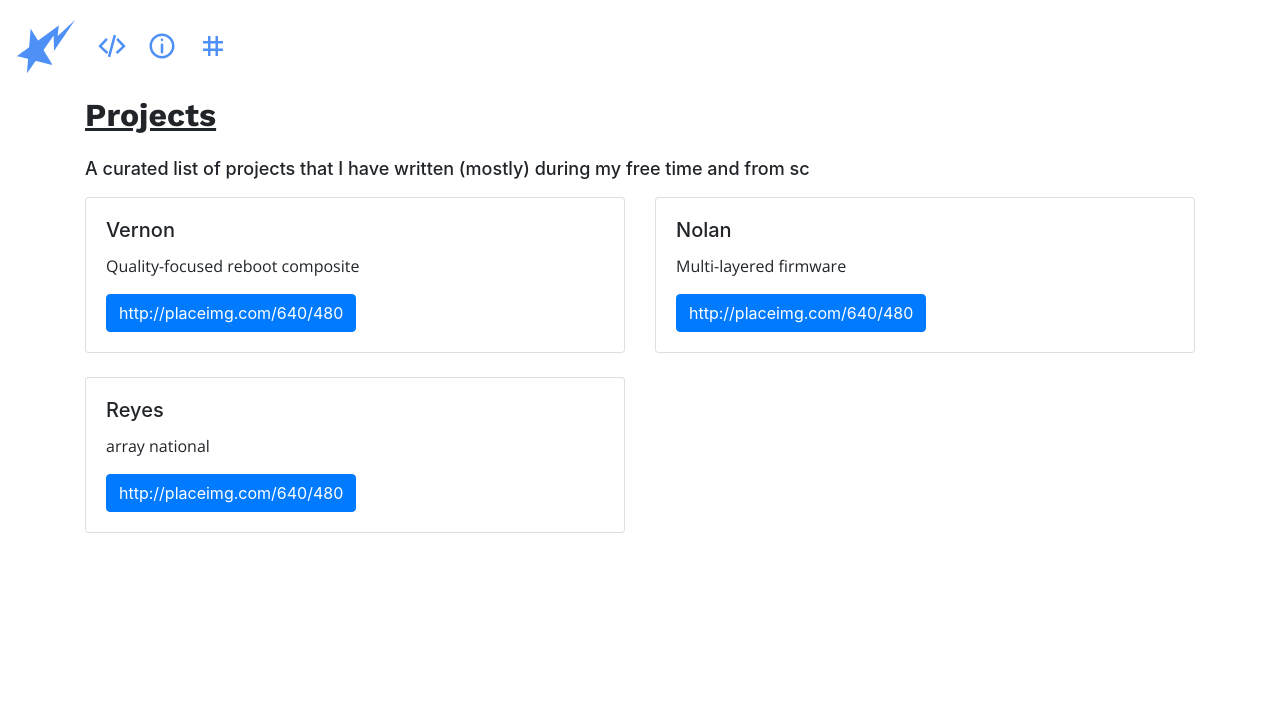
Repository: xxiz/ashwin.lol_flask
Page: http://localhost/projects
The author's editor kept a copy of each file at every save. The page is drawn from the files as they stood at one save, then again after the next save.
The browser window is 1280 px wide. The pictures show the whole page.
Pictures or frames that could not be fetched are drawn as grey boxes. The page is served by the project's application, run on Flask 3 (app.py).

Above is the page before, as saved 2021-09-03 07:04:52.

### templates/projects.html
{% extends 'base.html'%}
{% block content %}
<h1>Projects</h1>
<h3 class="description">A curated list of projects that I have written (mostly) during my free time and from sc</h3>
<div class="row">
    {% for item in items %}
    <div class="col-sm-6">
      <div class="card">
        <div class="card-body">
          <h5 class="card-title">{{ item.title }}</h5>
          <p class="card-text">{{ item.description }}</p>
          <a href="#" class="btn btn-primary">{{ item.image_url }}</a>
        </div>
      </div>
    </div>
    {% endfor %}
  </div>
  {% endblock %}

### templates/base.html
<!DOCTYPE html>
<html lang="en">
<head>
    <meta charset="UTF-8">
    <meta http-equiv="X-UA-Compatible" content="IE=edge">
    <meta name="viewport" content="width=device-width, initial-scale=1.0">
    <meta name="viewport" content="width=device-width, initial-scale=1">
    <link rel="stylesheet" href="https://stackpath.bootstrapcdn.com/bootstrap/4.1.3/css/bootstrap.min.css" integrity="sha384-MCw98/SFnGE8fJT3GXwEOngsV7Zt27NXFoaoApmYm81iuXoPkFOJwJ8ERdknLPMO" crossorigin="anonymous">
    <link href='https://css.gg/home-alt.css' rel='stylesheet'>
    <link rel="stylesheet" href="static/app.css">
    <title>{{ title }}</title>
</head>
<body>
  <header>
    <nav>
      <!-- SVG's provided by https://css.gg/ and https://www.pinterest.ca/pin/502432902151236766/
           these images are not mine and I simply modified them.
      -->
      <a class="logo" href="/">
        <svg id="svg" xmlns="http://www.w3.org/2000/svg" xmlns:xlink="http://www.w3.org/1999/xlink" viewBox="0, 0, 400,400"><g id="svgg"><path id="path0" d="M375.404 43.010 C 366.024 51.806,347.525 69.114,334.297 81.472 C 321.068 93.829,303.241 110.484,294.681 118.483 C 286.121 126.482,278.911 132.820,278.658 132.567 C 278.241 132.149,284.716 69.460,285.588 65.478 C 285.791 64.550,285.639 63.790,285.251 63.790 C 284.648 63.790,260.992 80.890,237.523 98.291 C 227.623 105.631,148.371 163.243,147.334 163.854 C 146.751 164.197,138.491 151.049,123.021 125.151 C 98.113 83.455,97.570 82.612,97.546 85.580 C 97.537 86.597,97.035 93.171,96.430 100.188 C 95.824 107.205,94.649 121.220,93.817 131.332 C 92.986 141.445,91.633 157.655,90.811 167.355 C 89.989 177.054,88.915 190.160,88.425 196.477 C 87.935 202.795,87.173 208.400,86.731 208.934 C 85.375 210.573,15.246 261.837,10.457 264.690 C 7.982 266.164,6.052 267.463,6.168 267.576 C 6.284 267.690,11.276 268.981,17.261 270.446 C 58.961 280.654,79.884 285.969,80.349 286.471 C 80.645 286.792,79.104 308.161,76.923 333.959 C 74.743 359.756,73.037 380.949,73.132 381.055 C 73.227 381.161,86.102 363.134,101.743 340.997 C 117.384 318.859,130.527 300.273,130.950 299.695 C 131.591 298.819,138.848 300.405,174.490 309.212 C 232.789 323.618,241.800 325.782,242.458 325.539 C 242.770 325.423,229.838 303.377,213.719 276.548 C 197.601 249.719,184.258 227.206,184.069 226.520 C 183.768 225.431,245.875 136.802,249.908 132.565 C 251.796 130.581,252.035 135.511,252.617 188.555 C 252.883 212.805,253.310 232.629,253.567 232.609 C 253.824 232.589,259.323 224.737,265.789 215.160 C 272.254 205.584,296.196 170.394,318.994 136.961 C 341.791 103.527,364.809 69.756,370.144 61.914 C 375.479 54.071,383.015 43.011,386.889 37.336 C 390.764 31.660,393.603 27.017,393.197 27.017 C 392.792 27.017,384.785 34.214,375.404 43.010 " stroke="none" fill="#4f90f7" fill-rule="evenodd"></path></g></svg></a>
      <a href="/projects"><?xml version="1.0" encoding="UTF-8"?><svg viewBox="0 0 24 24" xmlns="http://www.w3.org/2000/svg"><path d="m13.325 3.0501-4.6576 17.382 1.9319 0.5176 4.6575-17.382-1.9318-0.51764z" fill="currentColor"/><path d="m7.612 18.361 1.3594-1.4484-5e-4 -0.0191-5.0943-4.7812 4.7904-5.1041-1.4583-1.3687-6.1591 6.5624 6.5624 6.1591z" fill="currentColor"/><path d="m16.388 18.361-1.3594-1.4484 5e-4 -0.0191 5.0943-4.7812-4.7904-5.1041 1.4583-1.3687 6.1591 6.5624-6.5624 6.1591z" fill="currentColor"/></svg></a>
      <a href=""><?xml version="1.0" encoding="UTF-8"?><svg viewBox="0 0 24 24" xmlns="http://www.w3.org/2000/svg"><path d="m11 10.979c0-0.5523 0.4477-1 1-1s1 0.44773 1 1v6c0 0.5523-0.4477 1-1 1s-1-0.4477-1-1v-6z" fill="currentColor"/><path d="m12 6.0512c-0.5523 0-1 0.44771-1 1 0 0.55228 0.4477 1 1 1s1-0.44772 1-1c0-0.55229-0.4477-1-1-1z" fill="currentColor"/><path d="m12 2c-5.5228 0-10 4.4772-10 10 0 5.5228 4.4772 10 10 10 5.5228 0 10-4.4772 10-10 0-5.5228-4.4772-10-10-10zm-8 10c0 4.4183 3.5817 8 8 8 4.4183 0 8-3.5817 8-8 0-4.4183-3.5817-8-8-8-4.4183 0-8 3.5817-8 8z" clip-rule="evenodd" fill="currentColor" fill-rule="evenodd"/></svg></a>
      <a href=""><?xml version="1.0" encoding="UTF-8"?><svg fill="none" viewBox="0 0 24 24" xmlns="http://www.w3.org/2000/svg"><path d="m8 4v4h-4v2h4v4h-4v2h4v4h2v-4h4v4h2v-4h4v-2h-4v-4h4v-2h-4v-4h-2v4h-4v-4h-2zm6 10v-4h-4v4h4z" clip-rule="evenodd" fill="currentColor" fill-rule="evenodd"/></svg></a>
    </nav>
  </header>
  <main>
    <div class="container">
      {% block content %} {% endblock %}
  </div>
  </main>
    <script src="https://code.jquery.com/jquery-3.3.1.slim.min.js" integrity="sha384-q8i/X+965DzO0rT7abK41JStQIAqVgRVzpbzo5smXKp4YfRvH+8abtTE1Pi6jizo" crossorigin="anonymous"></script>
    <script src="https://cdnjs.cloudflare.com/ajax/libs/popper.js/1.14.3/umd/popper.min.js" integrity="sha384-ZMP7rVo3mIykV+2+9J3UJ46jBk0WLaUAdn689aCwoqbBJiSnjAK/l8WvCWPIPm49" crossorigin="anonymous"></script>
    <script src="https://stackpath.bootstrapcdn.com/bootstrap/4.1.3/js/bootstrap.min.js" integrity="sha384-ChfqqxuZUCnJSK3+MXmPNIyE6ZbWh2IMqE241rYiqJxyMiZ6OW/JmZQ5stwEULTy" crossorigin="anonymous"></script>
</body>
</html>

### app.py
from flask import Flask, request
from web.content import index_page, projects_page
web = Flask(__name__)
web.config['SQLALCHEMY_TRACK_MODIFICATIONS'] = False

@web.route('/')
def index():
    return index_page()

@web.route('/projects')
def projects():
    return projects_page()

### web/content.py
from flask import render_template
import json

# Page Content
prefix = "Ashwin Charathsandran — "

# Meta Tags
preview_message = ""
preview_title = ""
preview_image = ""

with open('web/projects.json', 'r') as file:
    projects = json.load(file)

def index_page():
    return render_template('index.html',
    title = prefix + "Welcome!",
    sample_projects = projects[0:2],
    preview_title = preview_title,
    preview_image = preview_image,
    preview_message = preview_message)

def projects_page():
    return render_template('projects.html',
    title = prefix + "Projects",
    items = projects,
    preview_title = preview_title,
    preview_image = preview_image,
    preview_message = preview_message)

### web/projects.json
[
        {
            "title": "Vernon",
            "description": "Quality-focused reboot composite",
            "image_url": "http://placeimg.com/640/480"
        },
        {
            "title": "Nolan",
            "description": "Multi-layered firmware",
            "image_url": "http://placeimg.com/640/480"
        },
        {
            "title": "Reyes",
            "description": "array national",
            "image_url": "http://placeimg.com/640/480"
        }
]

### static/app.css
@import url('https://fonts.googleapis.com/css2?family=Work+Sans:wght@400;700&display=swap');
@import url('https://fonts.googleapis.com/css2?family=Open+Sans&display=swap');

:root {
    --blue: #4f90f7;
    --red: #d93434;
}

h1 {
    font-family: 'Work Sans', sans-serif;
    font-weight: 700;
    padding-bottom: 0.5em; padding-top: 0.5em;
    text-decoration: underline;
    font-size: 32px;
}

p {
    font-family: 'Open Sans', sans-serif;
    font-weight: 400;
}

.confined {
    max-width: 600px;
    display: inline-block;
}

.me {
    display: inline-flexbox;
    max-width: 220px;
    border-radius: 5px;
    margin: 1em;
}

@media only screen and (max-width: 500px) {
    .me {
        max-width: 90%;
    }
}

a {
    text-decoration: none;
    color: var(--blue);
}

a:hover {
    animation: hover-effect 1s infinite linear;
}

.card {
    margin-bottom: 1.5em;
}

.description {
    padding-bottom: 0.5em;
    font-size: 18px;
}
nav {
    padding: 1em;
    overflow: hidden;
    position: fixed;
    top: 0;
    width: 100%;
}

nav a svg {
    width: 30px;
}

.navbar-logo {
    margin-right: 50px;
    width: 60px;
}

.nav-item {
    font-weight: 700;
}
main {
    padding-top: 80px;
}

.logo svg {
    width: 60px;
}

nav a  {
    padding-right: 1em;
}
@keyframes hover-effect {
    0% {
        color: var(--blue);
    }
    50% {
        color: var(--red);

    }
    100% {
        color: var(--blue);
    }
}

After the next save:
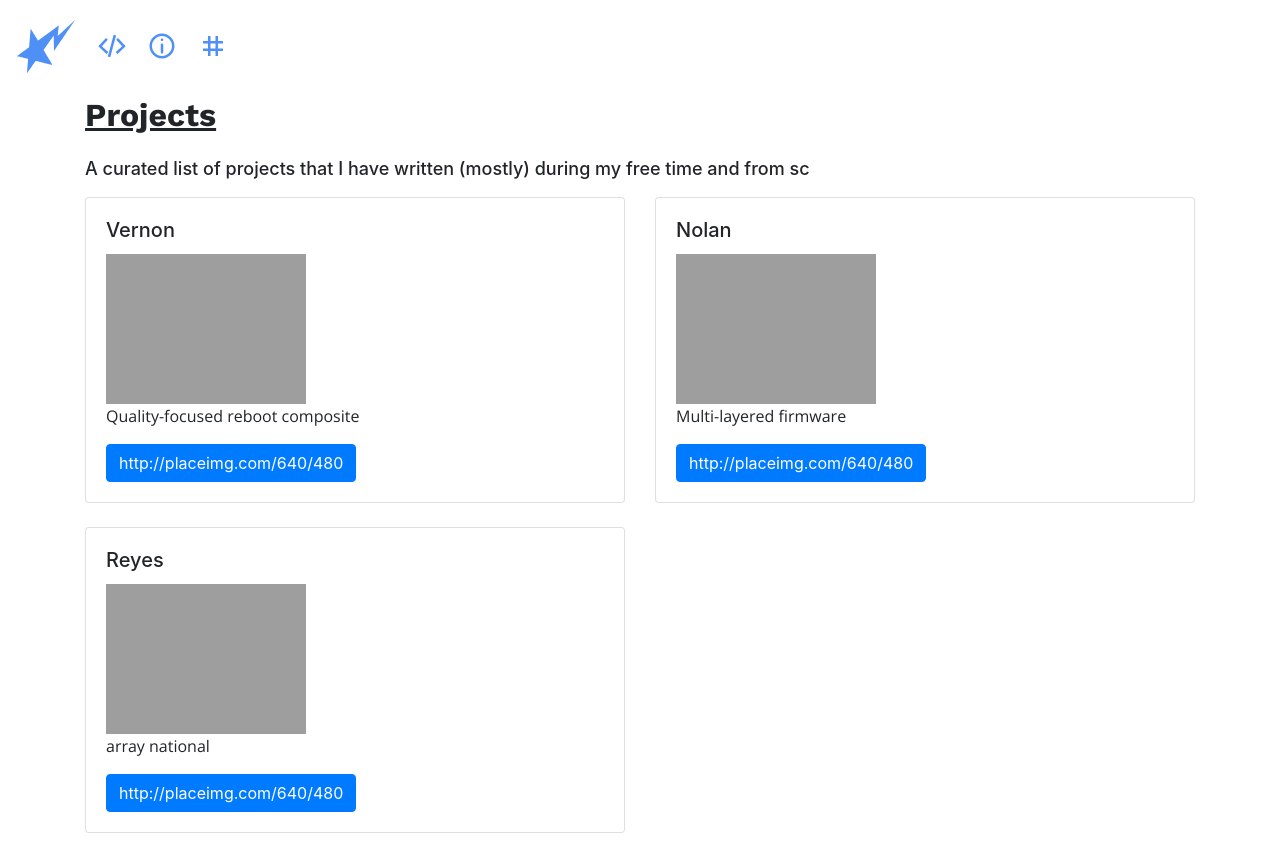
Saved 95 s later.
--- a/templates/projects.html
+++ b/templates/projects.html
@@ -8,6 +8,7 @@
       <div class="card">
         <div class="card-body">
           <h5 class="card-title">{{ item.title }}</h5>
+          <img width="200" src="{{ item.image_url }}" alt="Image of Project">
           <p class="card-text">{{ item.description }}</p>
           <a href="#" class="btn btn-primary">{{ item.image_url }}</a>
         </div>

After the 2 saves that followed:
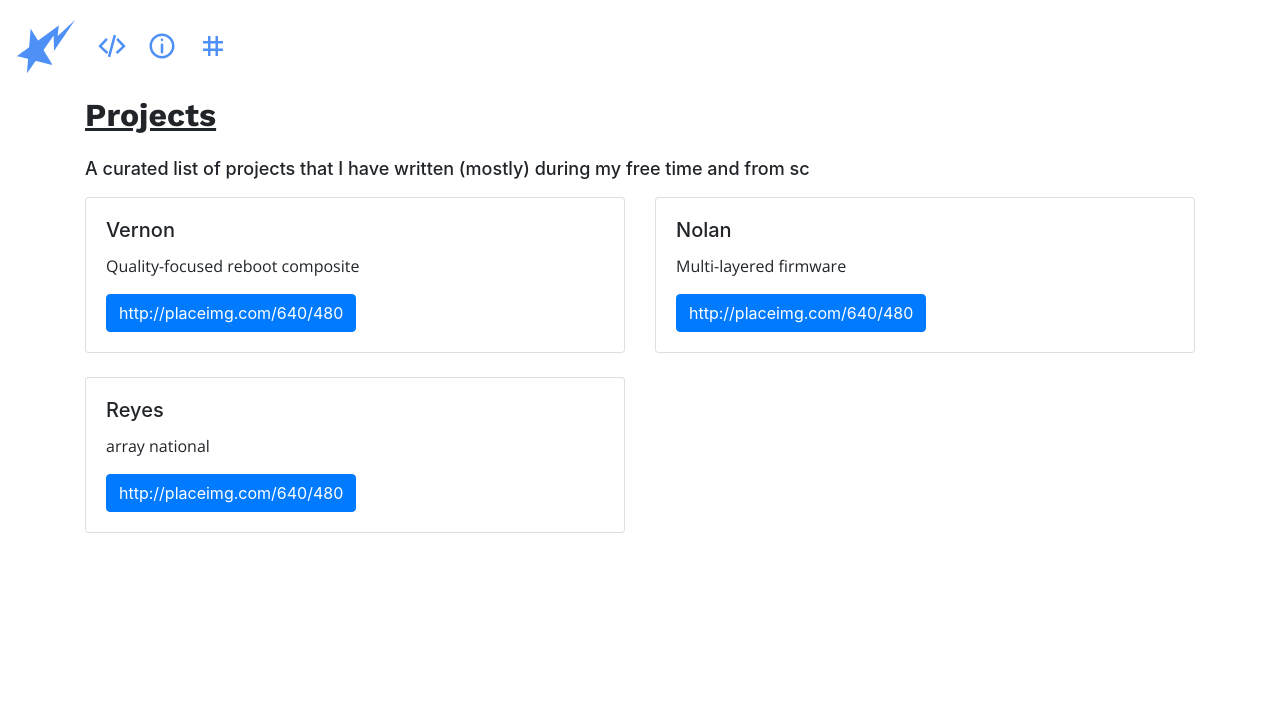
The 2 saves are shown as one change because 1 left the picture as it was.
The last was saved 25 s later.
--- a/templates/projects.html
+++ b/templates/projects.html
@@ -8,7 +8,6 @@
       <div class="card">
         <div class="card-body">
           <h5 class="card-title">{{ item.title }}</h5>
-          <img width="200" src="{{ item.image_url }}" alt="Image of Project">
           <p class="card-text">{{ item.description }}</p>
           <a href="#" class="btn btn-primary">{{ item.image_url }}</a>
         </div>
